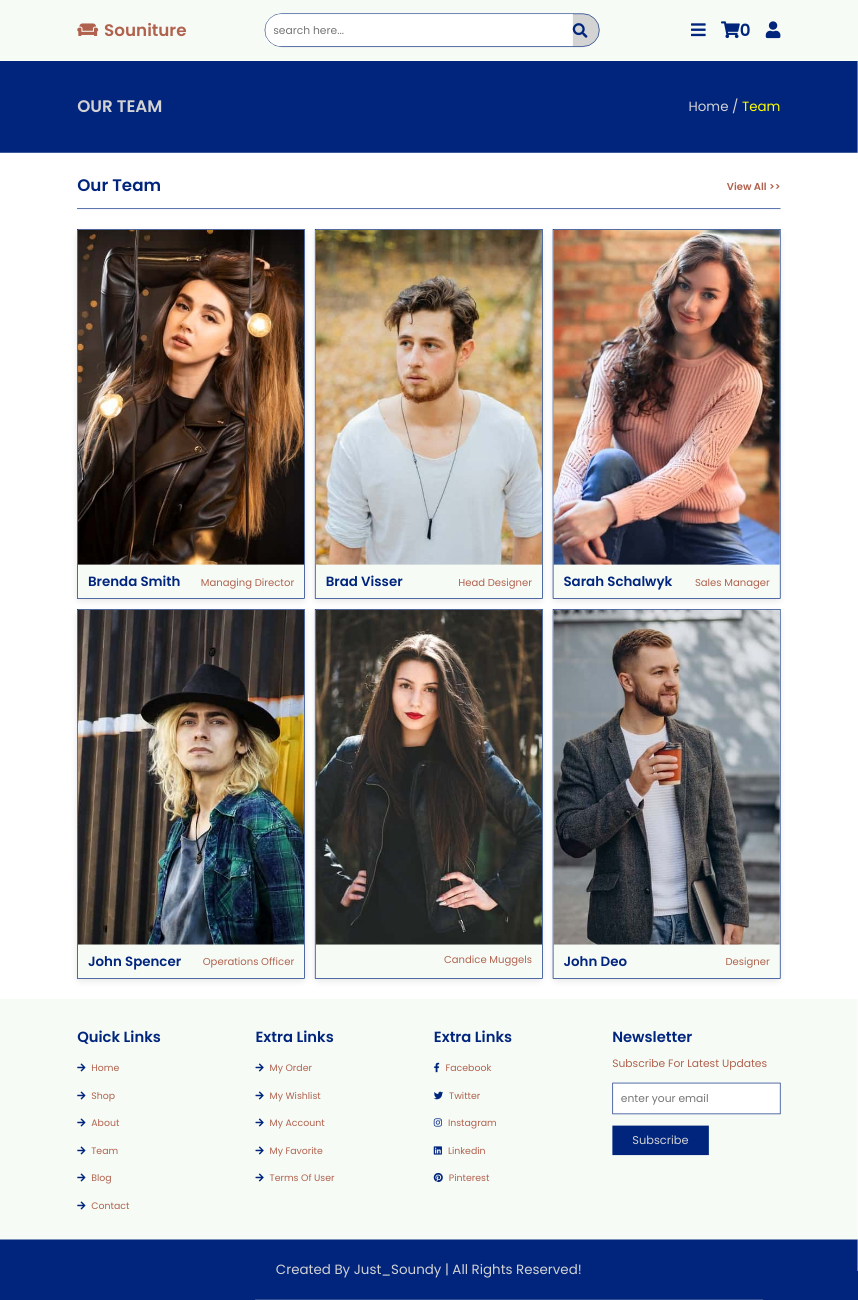
Repository: spencersoundy/furniture-store
Page: team.html
An editor plug-in stored every save of this project. The page is shown before and after the next save, followed by the edit.
The browser window is 1280 px wide. The pictures show the whole page, at 67% of full size.

Above is the page before, as saved 2023-05-04 14:50:06.
Console error: TypeError: Cannot read properties of null (reading 'addEventListener')

### team.html
<!DOCTYPE html>
<html lang="en">
<head>
    <meta charset="UTF-8">
    <meta http-equiv="X-UA-Compatible" content="IE=edge">
    <meta name="viewport" content="width=device-width, initial-scale=1.0">
    <title>team</title>

    <!-- font awesome cdn link  -->
    <link rel="stylesheet" href="https://cdnjs.cloudflare.com/ajax/libs/font-awesome/5.15.4/css/all.min.css">

    <!-- custom css file link  -->
    <link rel="stylesheet" href="css/style.css">

</head>
<body>

<!-- header section starts  -->

<header class="header">

    <a href="home.html" class="logo"> <i class="fas fa-couch"></i> Souniture </a>

    <form action="" class="search-form">
        <input type="search" placeholder="search here..." id="search-box">
        <label for="search-box" class="fas fa-search"></label>
    </form>

    <div class="icons">
        <div id="menu-btn" class="fas fa-bars"></div>
        <div id="search-btn" class="fas fa-search"></div>
        <div id="cart-btn" class="fas fa-shopping-cart"><span id="cart-count-info"></span></div>
        <div id="login-btn" class="fas fa-user"></div>
    </div>

</header>

<!-- header section ends  -->

<!-- closer btn  -->

<div id="closer" class="fas fa-times"></div>

<!-- navbar  -->

<nav class="navbar">
    <a href="home.html">home</a>
    <a href="shop.html">shop</a>
    <a href="about.html">about</a>
    <a href="team.html">team</a>
    <a href="blog.html">blog</a>
    <a href="contact.html">contact</a>
</nav>

<!-- shopping cart  -->

<div class="shopping-cart">
    <div class="cart-list">

    <!-- <div class="box">
        <i class="fas fa-times"></i>
        <img src="image/cart-img-1.jpg" alt="">
        <div class="content">
            <h3>morden furniture</h3>
            <span class="quantity"> 1 </span>
            <span class="multiply"> x </span>
            <span class="price"> $140.00 </span>
        </div>
    </div>-->
    </div>

        <div>
            <h3 class="cart-total">Total:R</h3>
            <span id="cart-total-value"></span>
            </div>
    <a href="#" class="btn">checkout cart</a>

</div>

<!-- login form  -->

<div class="login-form">

    <form action="">
        <h3>login form</h3>
        <input type="email" placeholder="enter your email" class="box">
        <input type="password" placeholder="enter your password" class="box">
        <div class="remember">
            <input type="checkbox" name="" id="remember-me">
            <label for="remember-me">remember me</label>
        </div>
        <input type="submit" value="login now" class="btn">
        <p>forget password? <a href="#">click here</a></p>
        <p>don't have an account? <a href="#">create now</a></p>
    </form>

</div>

<section class="heading">
    <h3>our team</h3>
    <p> <a href="home.html">home</a> / <span>team</span> </p>
</section>

<section class="team">

    <h1 class="title"> <span>our team</span> <a href="#">view all >></a> </h1>

    <div class="box-container">

        <div class="box">
            <div class="share">
                <a href="#" class="fab fa-facebook-f"></a>
                <a href="#" class="fab fa-twitter"></a>
                <a href="#" class="fab fa-pinterest"></a>
                <a href="#" class="fab fa-instagram"></a>
            </div>
            <div class="image">
                <img src="image/team-1.jpg" alt="">
            </div>
            <div class="user">
                <h3>Brenda Smith</h3>
                <span>Managing Director</span>
            </div>
        </div>

        <div class="box">
            <div class="share">
                <a href="#" class="fab fa-facebook-f"></a>
                <a href="#" class="fab fa-twitter"></a>
                <a href="#" class="fab fa-pinterest"></a>
                <a href="#" class="fab fa-instagram"></a>
            </div>
            <div class="image">
                <img src="image/team-2.jpg" alt="">
            </div>
            <div class="user">
                <h3>Brad Visser</h3>
                <span>Head Designer</span>
            </div>
        </div>

        <div class="box">
            <div class="share">
                <a href="#" class="fab fa-facebook-f"></a>
                <a href="#" class="fab fa-twitter"></a>
                <a href="#" class="fab fa-pinterest"></a>
                <a href="#" class="fab fa-instagram"></a>
            </div>
            <div class="image">
                <img src="image/team-3.jpg" alt="">
            </div>
            <div class="user">
                <h3>Sarah Schalwyk</h3>
                <span>Sales Manager</span>
            </div>
        </div>

        <div class="box">
            <div class="share">
                <a href="#" class="fab fa-facebook-f"></a>
                <a href="#" class="fab fa-twitter"></a>
                <a href="#" class="fab fa-pinterest"></a>
                <a href="#" class="fab fa-instagram"></a>
            </div>
            <div class="image">
                <img src="image/team-4.jpg" alt="">
            </div>
            <div class="user">
                <h3>John Spencer</h3>
                <span>Operations Officer</span>
            </div>
        </div>

        <div class="box">
            <div class="share">
                <a href="#" class="fab fa-facebook-f"></a>
                <a href="#" class="fab fa-twitter"></a>
                <a href="#" class="fab fa-pinterest"></a>
                <a href="#" class="fab fa-instagram"></a>
            </div>
            <div class="image">
                <img src="image/team-5.jpg" alt="">
            </div>
            <div class="user">
                <h3></h3>
                <span>Candice Muggels</span>
            </div>
        </div>

        <div class="box">
            <div class="share">
                <a href="#" class="fab fa-facebook-f"></a>
                <a href="#" class="fab fa-twitter"></a>
                <a href="#" class="fab fa-pinterest"></a>
                <a href="#" class="fab fa-instagram"></a>
            </div>
            <div class="image">
                <img src="image/team-6.jpg" alt="">
            </div>
            <div class="user">
                <h3>john deo</h3>
                <span>designer</span>
            </div>
        </div>

    </div>

</section>



















<!-- footer section  -->

<section class="footer">

    <div class="box-container">

        <div class="box">
            <h3>quick links</h3>
            <a href="home.html"> <i class="fas fa-arrow-right"></i> home</a>
            <a href="shop.html"> <i class="fas fa-arrow-right"></i> shop</a>
            <a href="about.html"> <i class="fas fa-arrow-right"></i> about</a>
            <a href="team.html"> <i class="fas fa-arrow-right"></i> team</a>
            <a href="blog.html"> <i class="fas fa-arrow-right"></i> blog</a>
            <a href="contact.html"> <i class="fas fa-arrow-right"></i> contact</a>
        </div>

        <div class="box">
            <h3>extra links</h3>
            <a href="#"> <i class="fas fa-arrow-right"></i> my order</a>
            <a href="#"> <i class="fas fa-arrow-right"></i> my wishlist</a>
            <a href="#"> <i class="fas fa-arrow-right"></i> my account</a>
            <a href="#"> <i class="fas fa-arrow-right"></i> my favorite</a>
            <a href="#"> <i class="fas fa-arrow-right"></i> terms of user</a>
        </div>

        <div class="box">
            <h3>extra links</h3>
            <a href="https://www.facebook.com"> <i class="fab fa-facebook-f"></i> facebook</a>
            <a href="https://wwww.twitter.com"> <i class="fab fa-twitter"></i> twitter</a>
            <a href="https://www.instagram.com"> <i class="fab fa-instagram"></i> instagram</a>
            <a href="http://wwww.linkedin.com"> <i class="fab fa-linkedin"></i> linkedin</a>
            <a href="http://wwww.pinterest.com"> <i class="fab fa-pinterest"></i> pinterest</a>
        </div>

        <div class="box">
            <h3>newsletter</h3>
            <p>subscribe for latest updates</p>
            <form action="">
                <input type="email" name="" placeholder="enter your email" id="">
                <input type="submit" value="subscribe" class="btn">
            </form>
        </div>

    </div>

</section>

<section class="credit">
    created by Just_Soundy | all rights reserved!
</section>

<!-- custom js file link  -->
<script src="js/script.js"></script>

</body>
</html>

Loaded but not shown: furniture.json (51 lines, source omitted); js/script.js (231 lines, source omitted); css/style.css (1189 lines, source omitted)

After the next save:
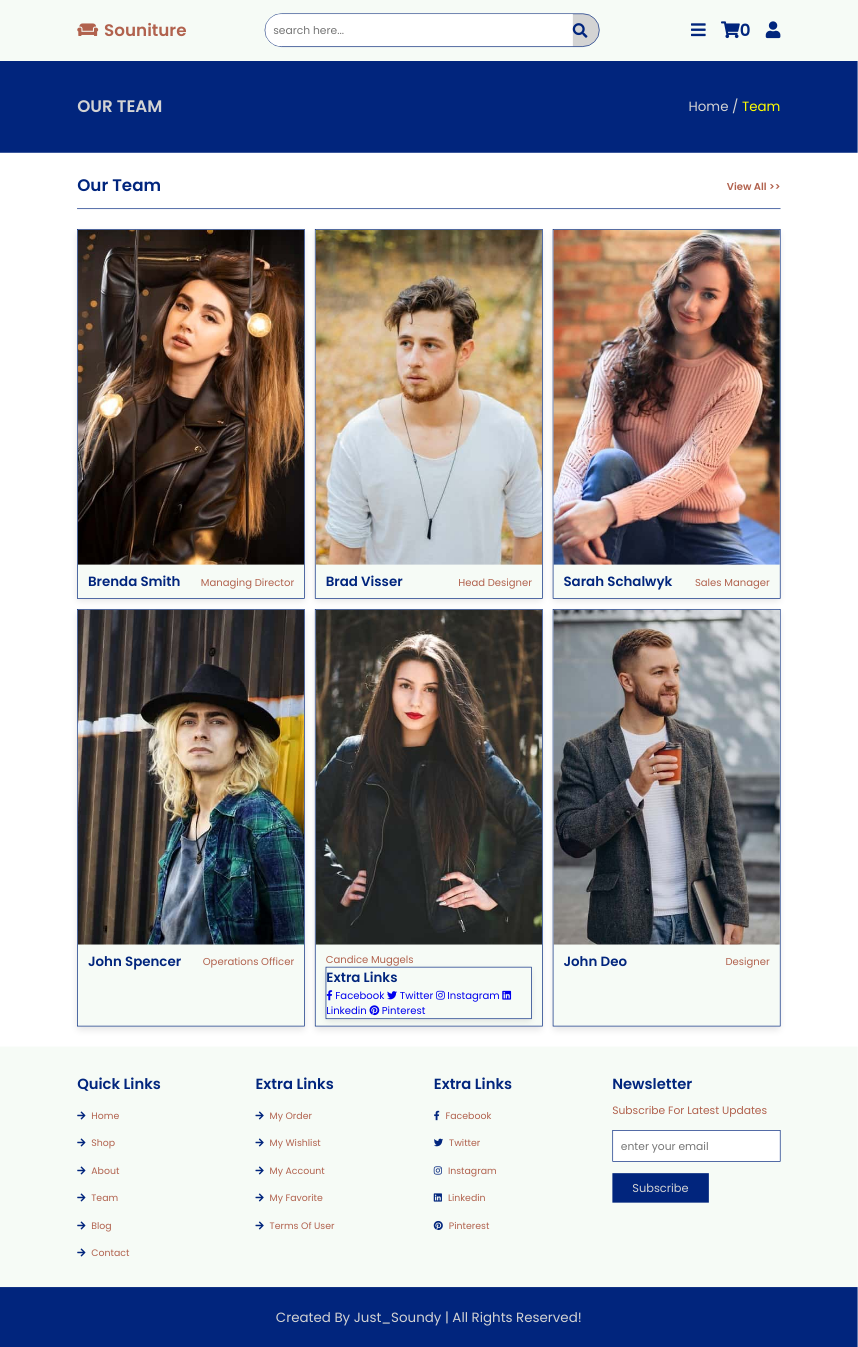
Saved 10 s later.
--- a/team.html
+++ b/team.html
@@ -183,7 +183,14 @@
             </div>
             <div class="user">
                 <h3></h3>
-                <span>Candice Muggels</span>
+                <span>Candice Muggels <div class="box">
+                    <h3>extra links</h3>
+                    <a href="https://www.facebook.com"> <i class="fab fa-facebook-f"></i> facebook</a>
+                    <a href="https://wwww.twitter.com"> <i class="fab fa-twitter"></i> twitter</a>
+                    <a href="https://www.instagram.com"> <i class="fab fa-instagram"></i> instagram</a>
+                    <a href="http://wwww.linkedin.com"> <i class="fab fa-linkedin"></i> linkedin</a>
+                    <a href="http://wwww.pinterest.com"> <i class="fab fa-pinterest"></i> pinterest</a>
+                </div></span>
             </div>
         </div>
 
